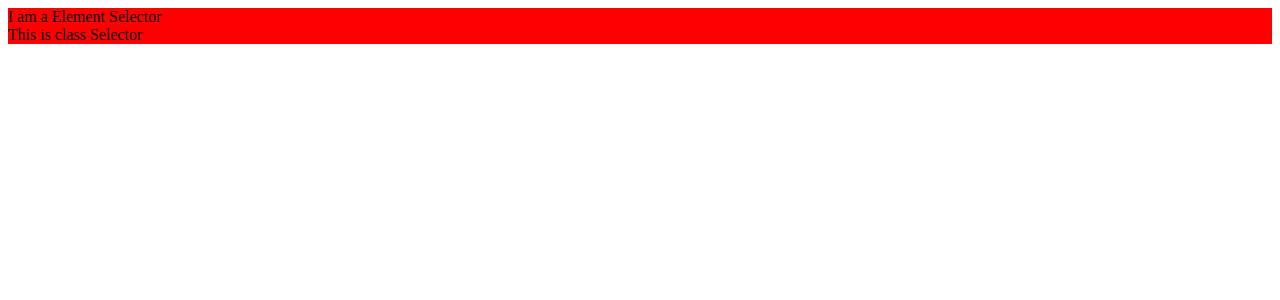
Repository: diensy/Web_dev
Page: first.css/selector.html
The author's editor kept a copy of each file at every save. The page is drawn from the files as they stood at one save, then again after the next save.
The browser window is 1280 px wide. The pictures show the whole page.

Above is the page before, as saved 2024-05-17 23:17:12.

### first.css/selector.html
<!DOCTYPE html>
<html lang="en">
  <head>
    <meta charset="UTF-8" />
    <meta name="viewport" content="width=device-width, initial-scale=1.0" />
    <title>CSS Selector</title>
    <style>
      /* Element Selctor */
      div {
        background-color: red;
      }
      .div {
        background-color: green;
      }
    </style>
  </head>
  <body>
    <div>I am a Element Selector</div>
    <div .class="div">This is class Selector</div>
  </body>
</html>

After the next save:
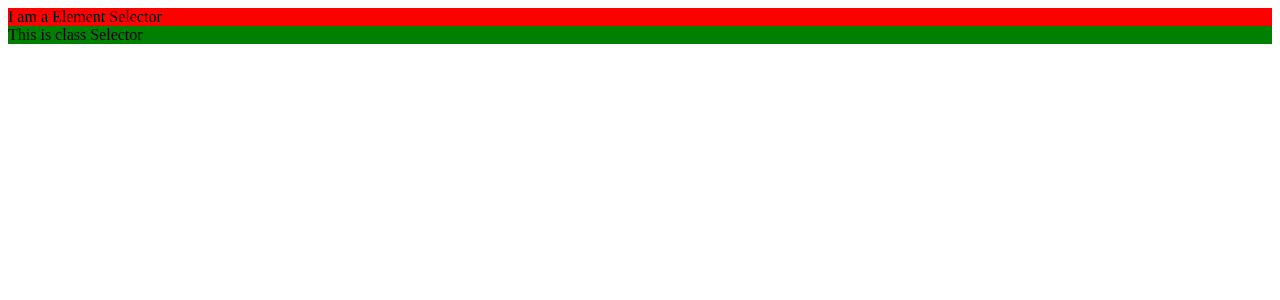
Saved 8 s later.
--- a/first.css/selector.html
+++ b/first.css/selector.html
@@ -16,6 +16,6 @@
   </head>
   <body>
     <div>I am a Element Selector</div>
-    <div .class="div">This is class Selector</div>
+    <div class="div">This is class Selector</div>
   </body>
 </html>

After the 2 saves that followed:
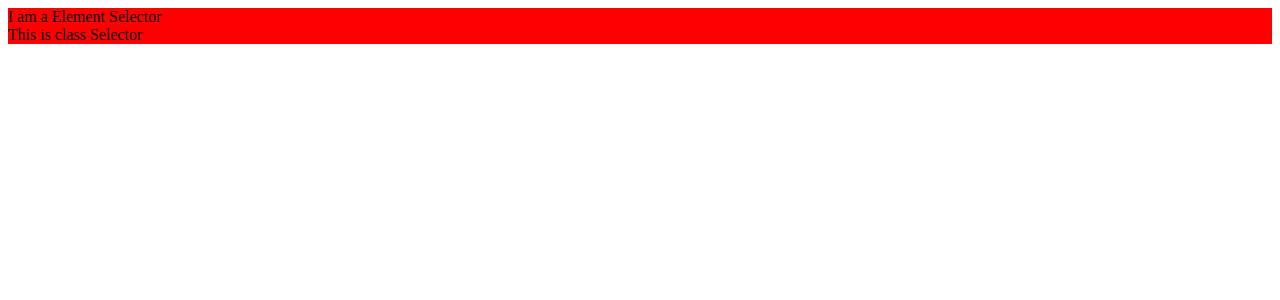
The 2 saves are shown as one change because 1 left the picture as it was.
The last was saved 21 s later.
--- a/first.css/selector.html
+++ b/first.css/selector.html
@@ -9,6 +9,7 @@
       div {
         background-color: red;
       }
+      /*
       .div {
         background-color: green;
       }
